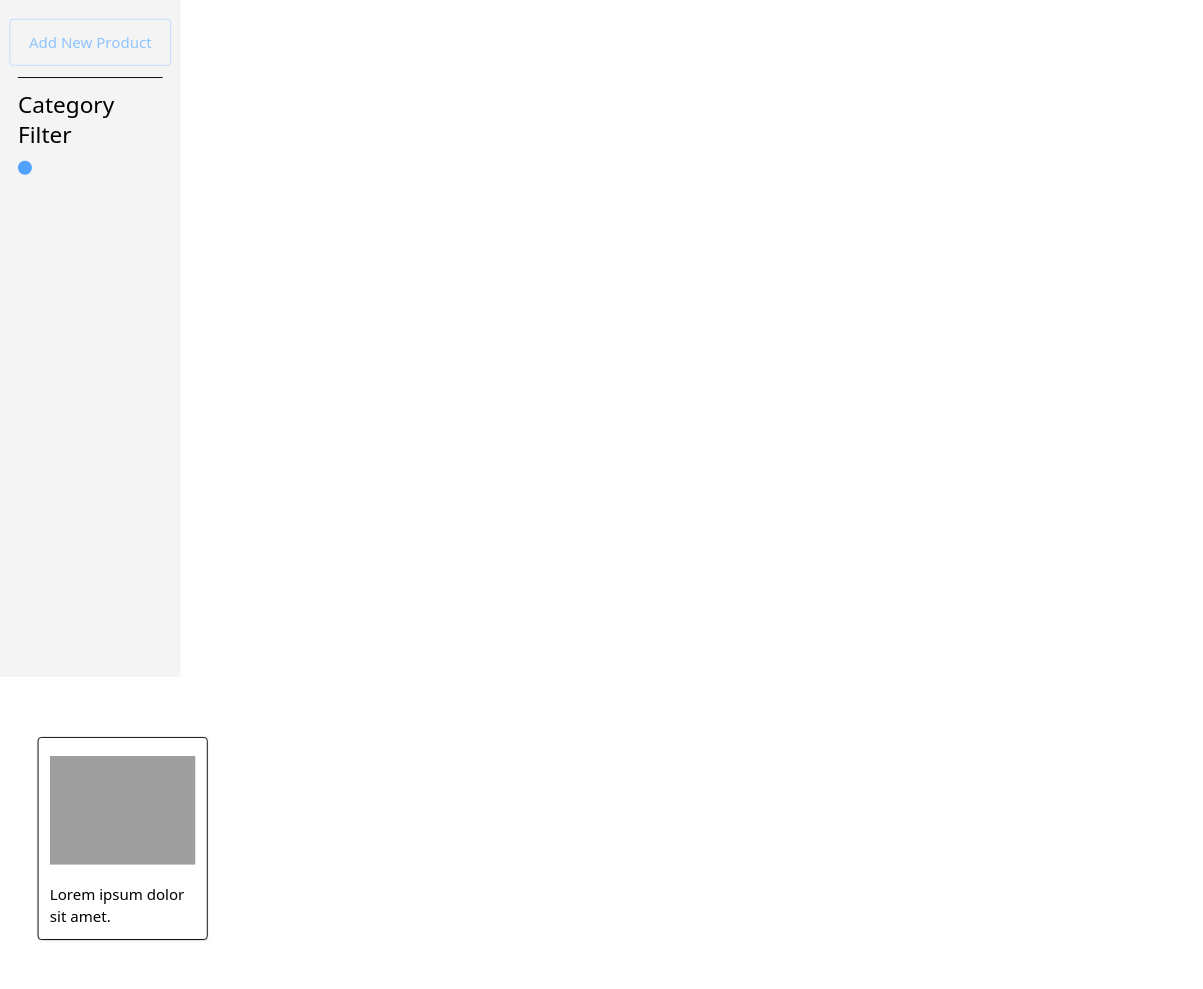
Repository: Habeebur1493/project
Page: /Home
These files come from the project's save history. The page is drawn as it stood at one moment and after the next save; the edit follows.
The browser window is 1280 px wide. The pictures show the whole page, at 94% of full size.
Pictures or frames that could not be fetched are drawn as grey boxes. The project was rebuilt for these pictures with package versions that can differ from the ones it lists, and the page was loaded fresh each time. Also part of the build but not shown: vite.config.js, src/Components/Login.jsx.

Above is the page before, as saved 2025-01-31 02:36:00.

### index.html
<!doctype html>
<html lang="en">
  <head>
    <meta charset="UTF-8" />
    <meta name="viewport" content="width=device-width, initial-scale=1.0" />
    <title>Project</title>
  </head>
  <body>
    <div id="root"></div>
    <script type="module" src="/src/main.jsx"></script>
  </body>
</html>

### src/main.jsx
import React from "react";
import { createRoot } from "react-dom/client";
import App from "./App.jsx";
import { BrowserRouter } from "react-router-dom";

createRoot(document.getElementById("root")).render(

    <BrowserRouter>
      <App />
    </BrowserRouter>

);

### src/App.jsx
import React from 'react'
import './App.css'
import { Route, Routes } from 'react-router-dom'
import Login from './Components/Login.jsx'
import Home from './Components/Home.jsx'

const App = () => {
  return (
    <>

    <Routes>
      <Route path="/" element={<Login />} />
      <Route path="/Home" element={<Home />} />
    </Routes>
    </>

  )
}

export default App

### src/Components/Home.jsx
import React from 'react'


const Home = () => {
  return (
    <div className='h-screen w-screen'>
      <nav className='w-[15%] h-full bg-zinc-100 flex flex-col items-center pt-5'>
        <a className='py-3 px-5 border rounded border-blue-200 text-blue-300'
        href="/create">
          Add New Product
        </a>
        <hr  className='my-3 w-[80%]'/>
        <h1 className='text-2xl mb-3 w-[80%]'>Category Filter</h1>
        <ul className='w-[80%]'>
          <li className='flex items-center mb-3'>
          <span className='rounded-full mr-2 w-[15px] h-[15px] bg-blue-400'></span>
          </li>
        </ul>
      </nav>

       <div className='w-[85%] p-10 pt-[5%] flex flex-wrap overflow-x-hidden overflow-y-auto'>
          <div className='mr-3 mb-3 card p-3 border shadow rounded w-[18%] h-[30vh] flex-col flex
        justify-center items-center'>
            <div
               className='hover:scale-110 mb-3 w-full h-[80%] bg-contain bg-no-repeat bg-center'
               style={{
                  backgroundImage:
                      "url(https://fakestoreapi.com/img/81fPKd-2AYL._AC_SL1500_.jpg)",
               }}
            ></div>
            <h1 className="hover:text-blue-300">Lorem ipsum dolor sit amet.</h1>
        </div>
    </div>
    </div>
  )
}

export default Home

Loaded but not shown: src/App.css (common file)

After the next save:
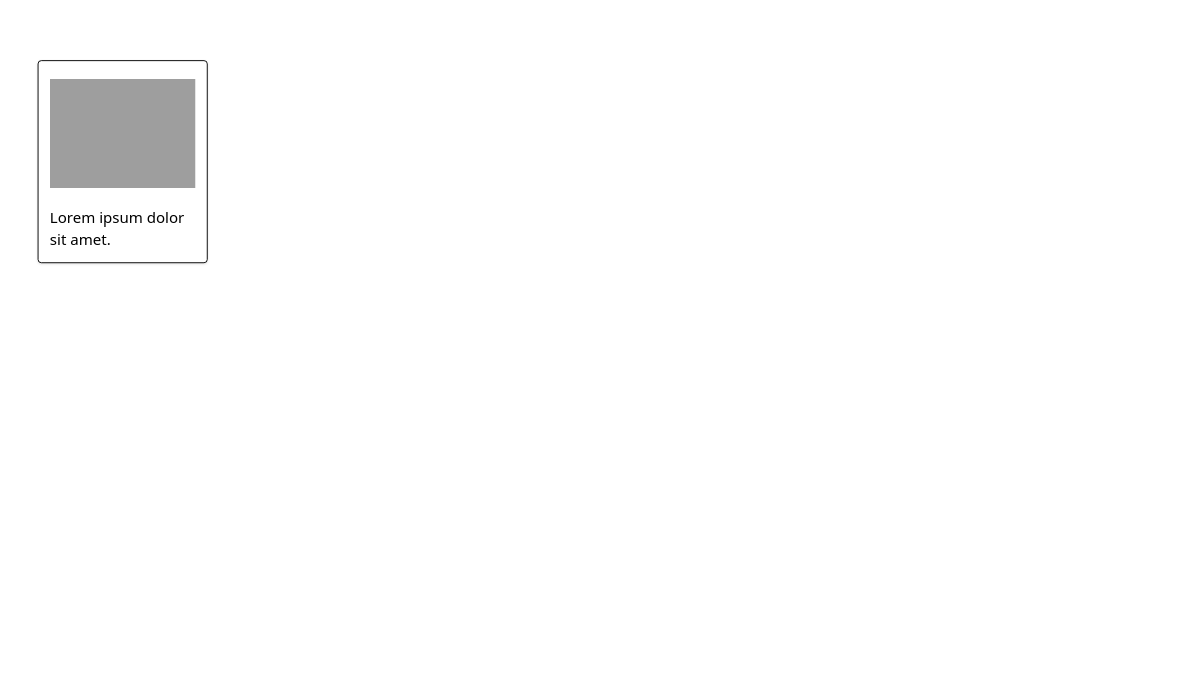
Saved 33 s later.
--- a/src/Components/Home.jsx
+++ b/src/Components/Home.jsx
@@ -4,19 +4,7 @@ import React from 'react'
 const Home = () => {
   return (
     <div className='h-screen w-screen'>
-      <nav className='w-[15%] h-full bg-zinc-100 flex flex-col items-center pt-5'>
-        <a className='py-3 px-5 border rounded border-blue-200 text-blue-300'
-        href="/create">
-          Add New Product
-        </a>
-        <hr  className='my-3 w-[80%]'/>
-        <h1 className='text-2xl mb-3 w-[80%]'>Category Filter</h1>
-        <ul className='w-[80%]'>
-          <li className='flex items-center mb-3'>
-          <span className='rounded-full mr-2 w-[15px] h-[15px] bg-blue-400'></span>
-          </li>
-        </ul>
-      </nav>
+
 
        <div className='w-[85%] p-10 pt-[5%] flex flex-wrap overflow-x-hidden overflow-y-auto'>
           <div className='mr-3 mb-3 card p-3 border shadow rounded w-[18%] h-[30vh] flex-col flex
